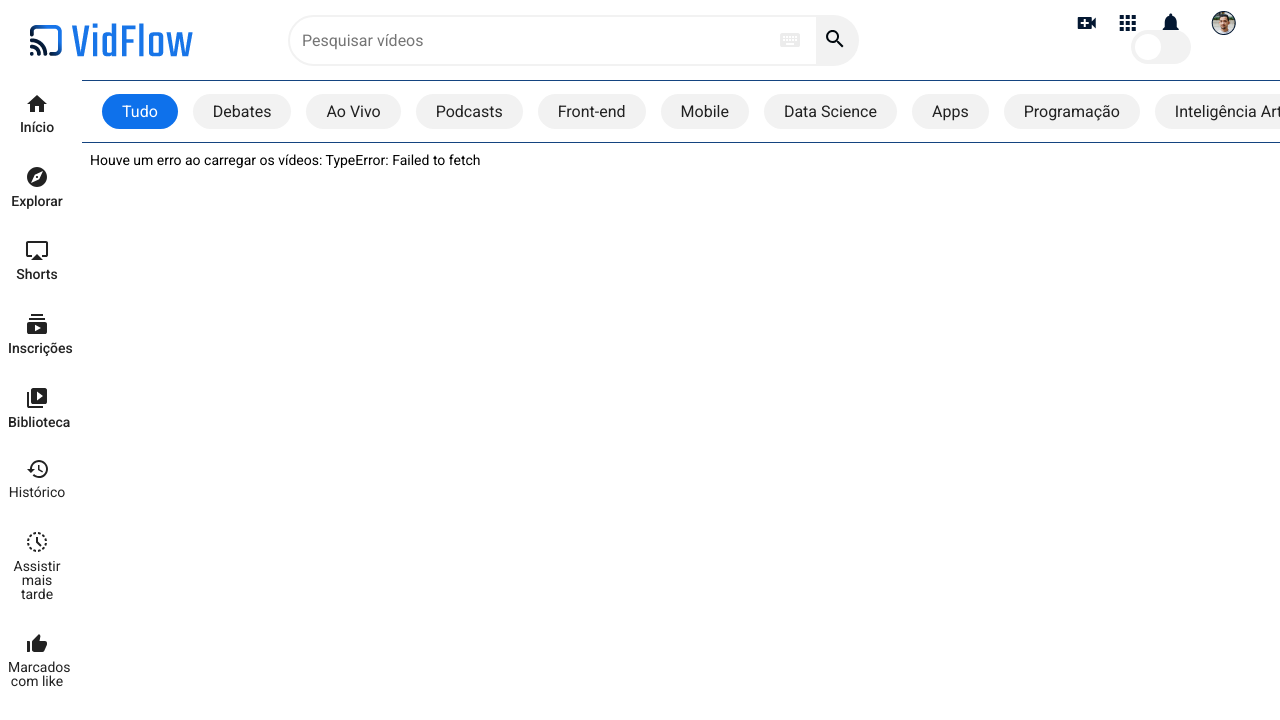
Repository: joaoPraiaJunior/curso-consumindo-api
Page: index.html
The author's editor kept a copy of each file at every save. The page is drawn from the files as they stood at one save, then again after the next save.
The browser window is 1280 px wide. The pictures show the whole page.
The page's requests for data from a server got no answer.

Above is the page before, as saved 2024-08-16 16:48:50.

### index.html
<!DOCTYPE html>
<html lang="pt-br" dir="ltr">
<head>
    <meta charset="UTF-8">
    <meta name="viewport" content="width=device-width, initial-scale=1.0">
    <link href="https://fonts.googleapis.com/css2?family=Roboto:wght@400;500;700&display=swap" rel="stylesheet" />
    <link rel="stylesheet" href="./css/reset.css">
    <link rel="stylesheet" href="./css/estilos.css">
    <link rel="stylesheet" href="./css/flexbox.css">
    <title>VidFlow</title>
    <link rel="shortcut icon" href="./img/Favicon.png" type="image/x-icon">
</head>
<body></a>
    <header>
        <nav class="cabecalho__container">
            <div class="logo__item">
                <a href="/"><img src="./img/modo_claro/vidflow-logo-light-mode.png" alt="Logo da página do       VidFlow"></a>
            </div>
            <div class="cabecalho__pesquisar__item">
                <form class="form__pesquisa">
                    <input type="search" name="pesquisar" class="pesquisar__input" placeholder="Pesquisar vídeos" data-js="barra-de-pesquisa">
                    <img src="./img/modo_claro/menu_superior/keyboard.svg" alt="Ícone de teclado" class="pesquisar__input-teclado">
                    <button class="pesquisar__btn">
                        <img src="./img/modo_claro/menu_superior/search.svg" alt="Ícone de lupa">
                    </button>
                </form>
            </div>
            <div class="secao-links-e-botao-switch">
                <ul aria-label="Links do cabeçalho" class="cabecalho__links">
                    <li><a href="#" class="cabecalho__videos" aria-label="Criar vídeos" title="Criar vídeos"></a></li>
                    <li><a href="#" class="cabecalho__apps" aria-label="Aplicativos"></a></li>
                    <li><a href="#" class="cabecalho__notificacoes" aria-label="Notificações"></a></li>
                    <li><a href="#" class="cabecalho__avatar" aria-label="Perfil de usuário"></a></li>
                </ul>

                <label class="cabecalho__switch">
                    <input type="checkbox" class="cabecalho__switch-input" data-js="modo-escuro" aria-label="Modo claro">
                    <span class="cabecalho__switch-slider"></span>
                </label>
            </div>
        </nav>
    </header>
    <!-- Menu lateral -->

    <div class="menu__container-wrapper">
        <aside class="menu__container">
            <section class="menu__secao" aria-label="Links principais">
                <ul class="menu__lista menu__links-principais">
                    <li>
                        <a class="menu__itens" href="#">
                            <i class="icone__inicio"></i>
                            <span>Início</span>
                        </a>
                    </li>

                    <li>
                        <a class="menu__itens" href="#">
                            <i class="icone__explorar"></i>
                            <span>Explorar</span>
                        </a>
                    </li>

                    <li>
                        <a class="menu__itens" href="#">
                            <i class="icone__shorts"></i>
                            <span>Shorts</span>
                        </a>
                    </li>

                    <li>
                        <a class="menu__itens" href="#">
                            <i class="icone__inscricoes"></i>
                            <span>Inscrições</span>
                        </a>
                    </li>

                    <li>
                        <a class="menu__itens" href="#">
                            <i class="icone__biblioteca"></i>
                            <span>Biblioteca</span>
                        </a>
                    </li>
                </ul>
            </section>

            <section class="menu__secao" aria-label="Links para vídeos guardados na conta">
                <ul class="menu__lista">
                    <li>
                        <a class="menu__itens" href="#">
                            <i class="icone__historico"></i>
                            <span>Histórico</span>
                        </a>
                    </li>

                    <li>
                        <a class="menu__itens" href="#">
                            <i class="icone__relogio"></i>
                            <span>Assistir mais tarde</span>
                        </a>
                    </li>

                    <li>
                        <a class="menu__itens" href="#">
                            <i class="icone__like"></i>
                            <span>Marcados com like</span>
                        </a>
                    </li>
                </ul>
            </section>

            <section class="menu__secao" aria-labelledby="inscricoes">
                <span id="inscricoes" class="menu__secao-titulo">Inscrições</span>

                <ul id="menu__canais" class="menu__lista">
                    <li class="menu__canal">
                        <a class="menu__itens" href="#">
                            <i class="icone__alura"></i>
                            <span>Alura</span>
                        </a>
                    </li>

                    <li class="menu__canal">
                        <a class="menu__itens" href="#">
                            <i class="icone__gaveta"></i>
                            <span>Gaveta</span>
                        </a>
                    </li>

                    <li class="menu__canal">
                        <a class="menu__itens" href="#">
                            <i class="icone__ballerini"></i>
                            <span>Rafaella Ballerini</span>
                        </a>
                    </li>

                    <li class="menu__canal">
                        <a class="menu__itens" href="#">
                            <i class="icone__iamarino"></i>
                            <span>Atila Iamarino</span>
                        </a>
                    </li>

                    <li class="menu__canal">
                        <a class="menu__itens" href="#">
                            <i class="icone__souto"></i>
                            <span>Mario Souto</span>
                        </a>
                    </li>

                    <li class="menu__canal escondido">
                        <a class="menu__itens" href="#">
                            <i class="icone__nerd"></i>
                            <span>Jovem Nerd</span>
                        </a>
                    </li>

                    <li class="menu__canal escondido">
                        <a class="menu__itens" href="#">
                            <i class="icone__deschamps"></i>
                            <span>Felipe Deschamps</span>
                        </a>
                    </li>
                </ul>

                <button aria-expanded="false" aria-controls="menu__canais" class="menu__itens menu__botao-expandir-canais">
                    <i class="icone__mostrar"></i>
                    <span class="texto-colapsar-canais">Mostrar mais 2</span>
                </button>
            </section>

            <section class="menu__secao" aria-labelledby="mais-da-pagina">
                <span id="mais-da-pagina" class="menu__secao-titulo">
                    Mais da página
                </span>

                <ul class="menu__lista">
                    <li class="premium">
                        <a class="menu__itens" href="#">
                            <i class="icone__videos"></i>
                            <span>Vídeo Premium</span></a>
                    </li>

                    <li class="filmes">
                        <a class="menu__itens" href="#">
                            <i class="icone__filmes"></i>
                            <span>Filmes</span></a>
                    </li>

                    <li class="jogos">
                        <a class="menu__itens" href="#">
                            <i class="icone__jogos"></i>
                            <span>Jogos</span></a>
                    </li>
                </ul>
            </section>
        </aside>
    </div>
    <main>

        <div class="superior__secao__container">
            <button name="Tudo" class="botao-categoria selecionado" data-js="botao-categoria">
                Tudo
            </button>

            <button name="Debates" class="botao-categoria" data-js="botao-categoria">
                Debates
            </button>

            <button name="Ao Vivo" class="botao-categoria" data-js="botao-categoria">
                Ao Vivo
            </button>

            <button name="Podcasts" class="botao-categoria" data-js="botao-categoria">
                Podcasts
            </button>

            <button name="Front-end" class="botao-categoria" data-js="botao-categoria">
                Front-end
            </button>

            <button name="Mobile" class="botao-categoria" data-js="botao-categoria">
                Mobile
            </button>

            <button name="Data Science" class="botao-categoria" data-js="botao-categoria">
                Data Science
            </button>

            <button name="Apps" class="botao-categoria" data-js="botao-categoria">
                Apps
            </button>

            <button name="Programação" class="botao-categoria" data-js="botao-categoria">
                Programação
            </button>

            <button name="Inteligência Artificial" class="botao-categoria" data-js="botao-categoria">
                Inteligência Artificial
            </button>
            <button name="Inovação" class="botao-categoria" data-js="botao-categoria">
                Inovação
            </button>
        </div>
        <ul class="videos__container" data-js="container-videos">

        </ul>
    </main>
    <script type="module" src="js/script.js"></script>
</body>
</html>

### css/flexbox.css
/* CABEÇALHO */

.cabecalho__container {
    display: flex;
    justify-content: space-between;
    align-items: center;
    position: fixed;
    top: 0;
  }

  .cabecalho__pesquisar__item {
    display: none;
  }

  .form__pesquisa {
    position: relative;
    flex: 1;
    display: flex;
    justify-content: center;
  }

  /* SECAO SUPERIOR */

  .superior__slider {
    display: none;
  }


  /* SEÇÃO SUPERIOR */

  .superior__secao__container {
    display: flex;
    align-items: center;
    white-space: nowrap;
    overflow: scroll;
    gap: 15px;
  }


  /* VIDEO */

  .videos__container {
    display: flex;
    flex-wrap: wrap;
    gap: 10px;
  }

  .videos__item {
    display: block;
    height: 303px;
    width: 280px;
    flex-grow: 1;
  }


  .descricao-video {
    margin-top: 1rem;
    display: grid;
    text-align: start;
    column-gap: 1rem;
    row-gap: 10px;
    grid-template-columns: auto 1fr;
  }

  .descricao-video .img-canal {
    grid-area: 1 / 1 / 3 / 2;
  }


  @media (min-width: 1156px) {
    /* CABEÇALHO */

    .cabecalho__pesquisar__item {
      display: block;
      transform: translate(-60px);
    }

    .pesquisar__input {
      width: 530px;
    }

    /* SECAO SUPERIOR */

    .superior__slider {
      display: flex;
      justify-content: center;
      align-items: center;
    }
  }

  /* CABEÇALHO */

.cabecalho__container {
  display: flex;
  justify-content: space-between;
  align-items: center;
  position: fixed;
  top: 0;
}

.cabecalho__pesquisar__item {
  display: none;
}

.form__pesquisa {
  position: relative;
  flex: 1;
  display: flex;
  justify-content: center;
}

/* SECAO SUPERIOR */

.superior__slider {
  display: none;
}

/* MENU */

.menu__container {
  position: fixed;
  bottom: 0%;
  height: 74px;
  width: 100%;
}

.menu__lista {
  display: flex;
  justify-content: space-around;
  height: 100%;
}

.menu__lista li {
  align-self: center;
}

.menu__itens {
  display: flex;
  flex-direction: column;
  gap: 5px;
}

.menu__lista:nth-child(2),
.menu__lista:nth-child(3),
.menu__lista:nth-child(4) {
  display: none;
}

/* SEÇÃO SUPERIOR */

.superior__secao__container {
  display: flex;
  align-items: center;
  white-space: nowrap;
  overflow: scroll;
  gap: 15px;
}


/* VIDEO */

.videos__container {
  display: flex;
  flex-wrap: wrap;
  gap: 10px;
}

.videos__item {
  display: block;
  height: 303px;
  width: 280px;
  flex-grow: 1;
}


.descricao-video {
  margin-top: 1rem;
  display: grid;
  text-align: start;
  column-gap: 1rem;
  row-gap: 10px;
  grid-template-columns: auto 1fr;
}

.descricao-video .img-canal {
  grid-area: 1 / 1 / 4 / 2;
}

@media (min-width: 834px) {
  /* MENU LATERAL*/

  .menu__container {
    left: 0;
    height: auto;
    width: 74px;
    top: 80px;
  }

  .menu__lista {
    flex-direction: column;
    justify-content: flex-start;
    padding-top: 15px;
    gap: 33px;
  }
}

@media (min-width: 1156px) {
  /* CABEÇALHO */

  .cabecalho__pesquisar__item {
    display: block;
    transform: translate(-60px);
  }

  .pesquisar__input {
    width: 530px;
  }

  /* SECAO SUPERIOR */

  .superior__slider {
    display: flex;
    justify-content: center;
    align-items: center;
  }
}

@media (min-width: 1440px) {
  /* MENU */

  .menu__container {
    width: 239px;
    overflow: scroll;
  }

  .menu__lista:nth-child(2),
  .menu__lista:nth-child(3),
  .menu__lista:nth-child(4) {
    display: flex;
  }

  .menu__lista {
    height: auto;
    padding: 20px 17px 20px 15px;
    gap: 15px;
  }

  .menu__itens {
    flex-direction: row;
    gap: 15px;
    align-items: center;
  }

  .menu__lista:nth-child(3) {
    flex-direction: column-reverse;
  }

  .jogos {
    order: 3;
  }

  .filmes {
    order: 2;
  }

  .premium {
    order: 1;
  }

  .maispagina {
    order: 4;
  }
}

### js/script.js
import filtrarVideos from "./filtrarVideos.js";
import filtrarVideosPorBotoes from "./filtrarVideosPorBotoes.js";
import temaEscuro from "./temaEscuro.js";
import videos from "./videos.js";


videos();
filtrarVideos();
filtrarVideosPorBotoes();
temaEscuro();

### js/expandirCanais.js
function expandirCanais() {

}

Loaded but not shown: css/reset.css (common file); js/videos.js (70 lines, source omitted); js/temaEscuro.js (40 lines, source omitted); js/filtrarVideosPorBotoes.js (26 lines, source omitted); js/filtrarVideos.js (25 lines, source omitted); css/estilos.css (516 lines, source omitted)

After the next save:
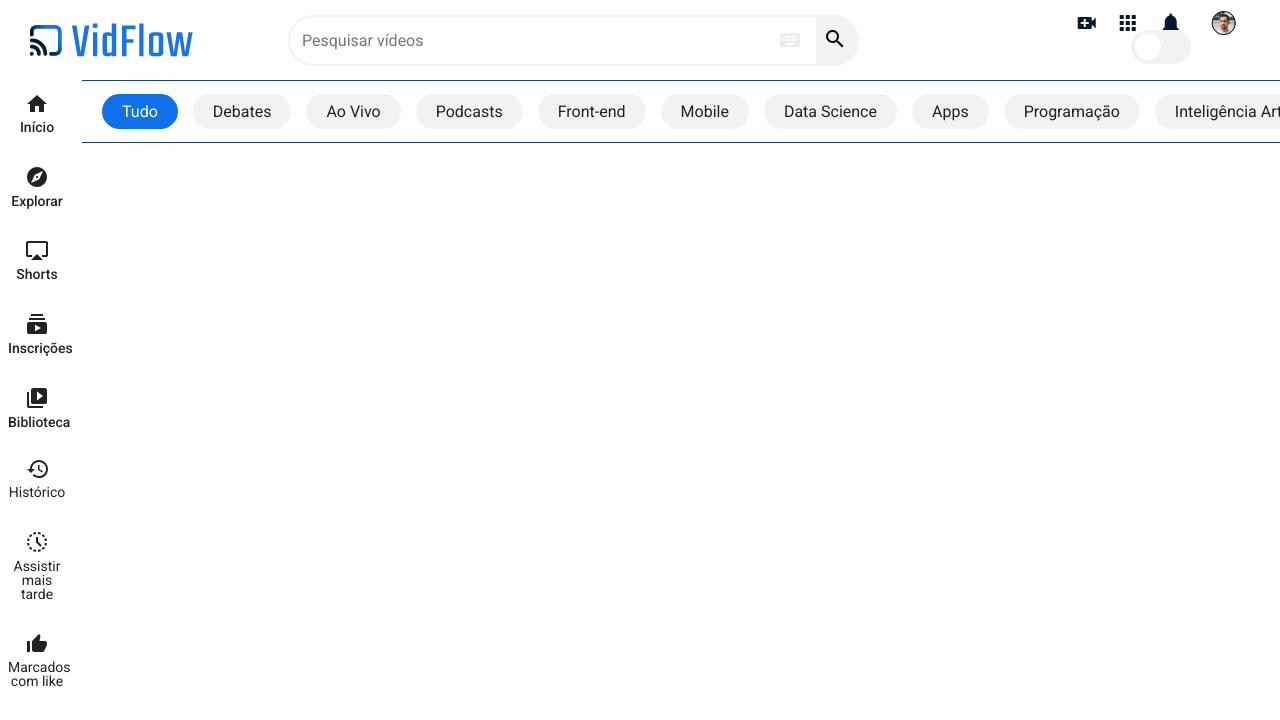
Console error (its wording comes from the project's code and is left out).
Saved 25 s later.
--- a/js/script.js
+++ b/js/script.js
@@ -1,3 +1,4 @@
+import expandirCanais from "./expandirCanais.js";
 import filtrarVideos from "./filtrarVideos.js";
 import filtrarVideosPorBotoes from "./filtrarVideosPorBotoes.js";
 import temaEscuro from "./temaEscuro.js";
@@ -8,3 +9,4 @@ videos();
 filtrarVideos();
 filtrarVideosPorBotoes();
 temaEscuro();
+expandirCanais();

After the save that followed:
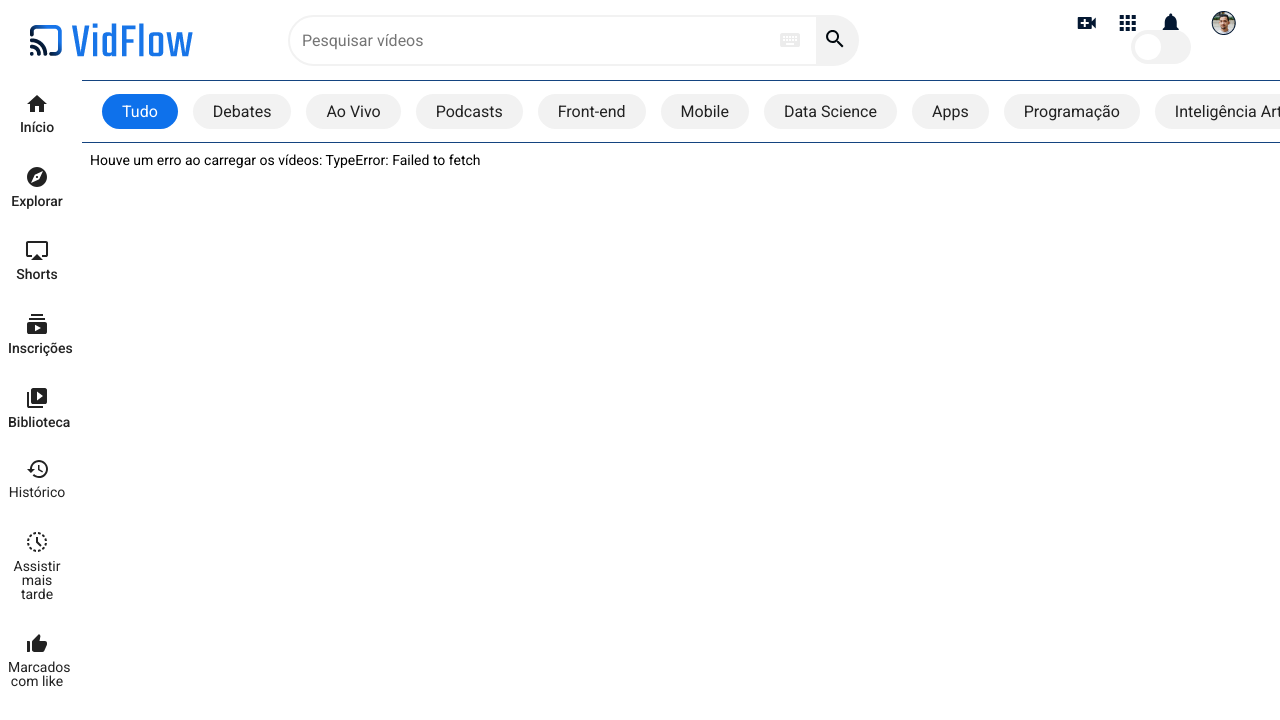
The error is gone.
Saved 95 s later.
--- a/js/expandirCanais.js
+++ b/js/expandirCanais.js
@@ -1,3 +1,5 @@
 function expandirCanais() {
 
 }
+
+export default expandirCanais;
